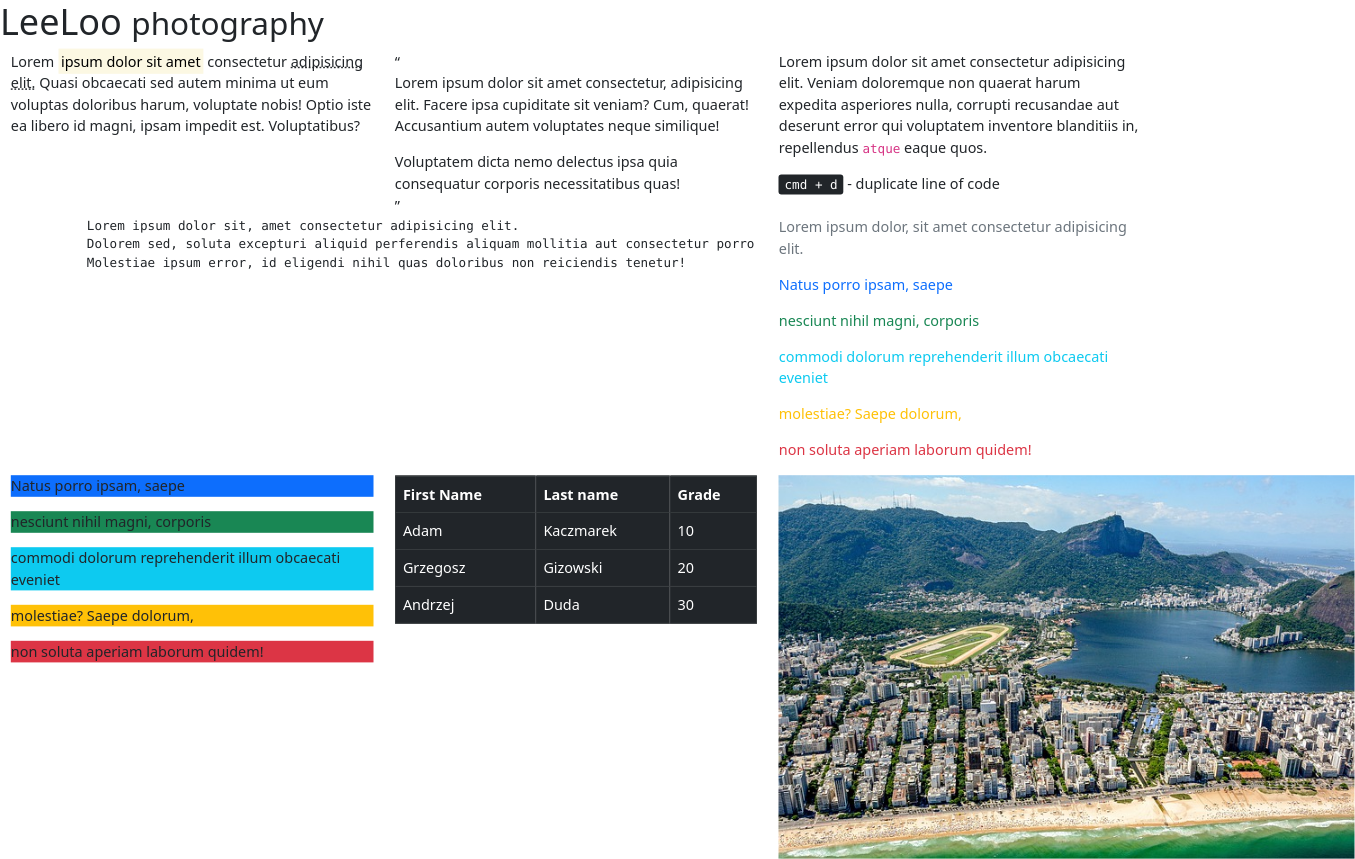
Repository: Zyzik-33/bootstrap-test
Page: index.html
The author's editor kept a copy of each file at every save. The page is drawn from the files as they stood at one save, then again after the next save.
The browser window is 1280 px wide. The page is 1505 px wide, then 1280 px, so the pictures cover 1505 px, including what lies to the right of the window. The pictures show the whole page, at 90% of full size.

Above is the page before, as saved 2021-01-27 16:02:35.

After the next save:
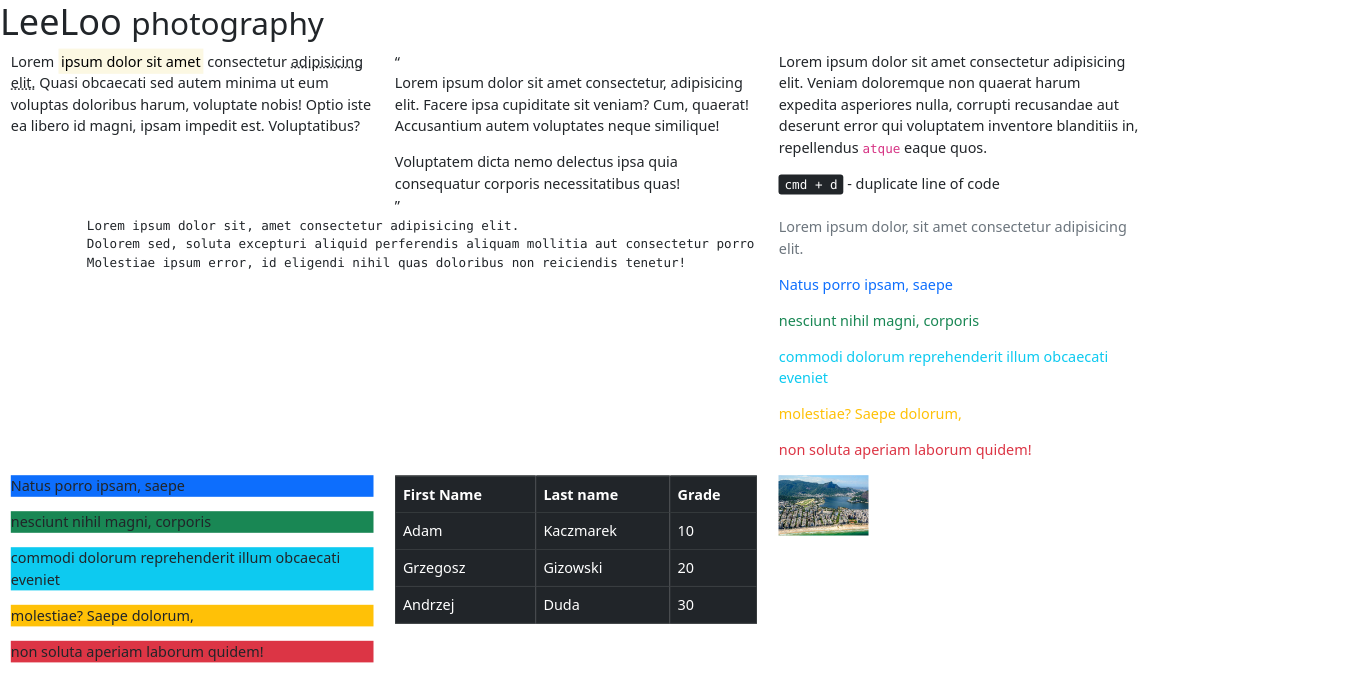
Saved 52 s later.
--- a/index.html
+++ b/index.html
@@ -92,7 +92,7 @@
         </table>
       </div>
       <div class="col-lg-4">
-        <img src="./assets/images/brazil-4809010_640.jpg" alt="brazil">
+        <img src="./assets/images/brazil-4809010_640.jpg" width="100" alt="brazil">
       </div>
     </div>
   </div>
